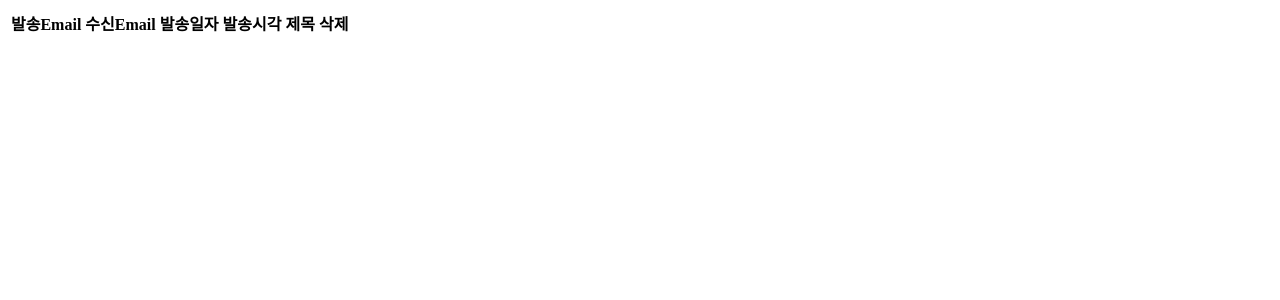
Repository: haetsalshin/SpMVC_EMS_FOR_TEST
Page: http://localhost/SpMVC_EMS/
The author's editor kept a copy of each file at every save. The page is drawn from the files as they stood at one save, then again after a run of saves.
The browser window is 1280 px wide. The pictures show the whole page.
The page is served by Tomcat 9.

Above is the page before, as saved 2020-10-29 14:44:06.

After the next 2 saves:
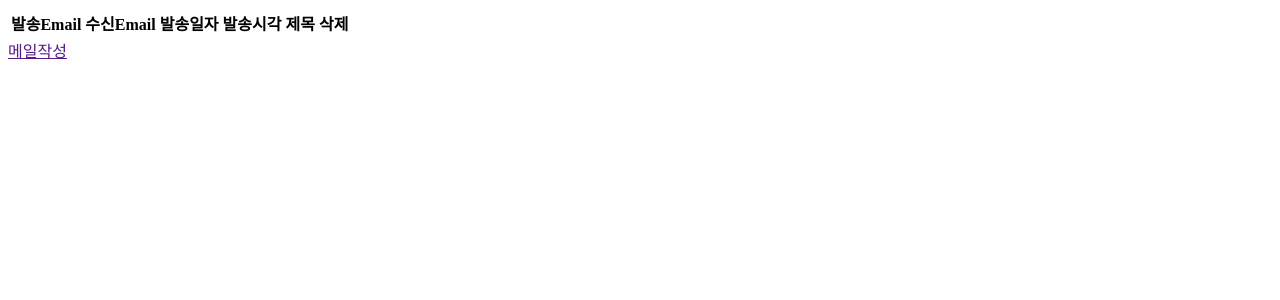
The 2 saves are shown as one change because they came seconds apart.
The last was saved 4 min 11 s later.
--- a/SpMVC_EMS/src/main/webapp/WEB-INF/views/home.jsp
+++ b/SpMVC_EMS/src/main/webapp/WEB-INF/views/home.jsp
@@ -20,5 +20,8 @@
 		<th>삭제</th>
 	</tr>
 </table>
+<div>
+	<a href="">메일작성</a>
+</div>
 </body>
 </html>
